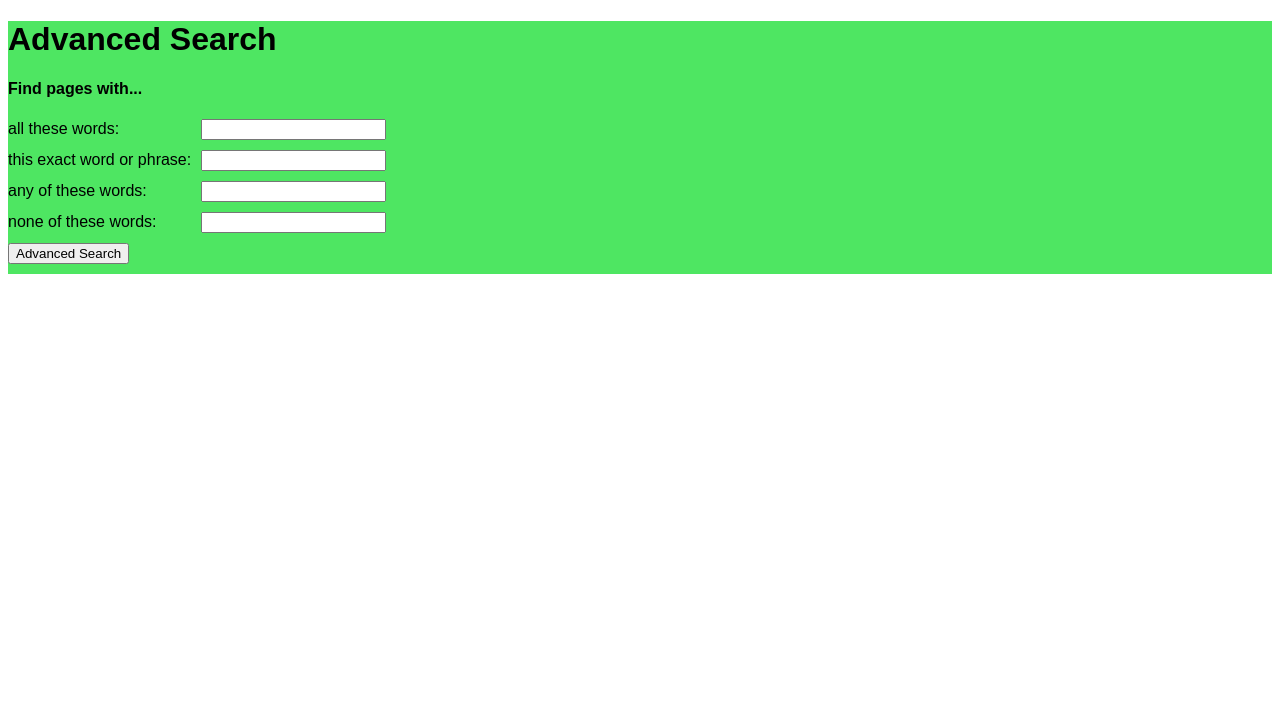
Repository: etentuk/search
Page: advanced_search.html
The author's editor kept a copy of each file at every save. The page is drawn from the files as they stood at one save, then again after a run of saves.
The browser window is 1280 px wide. The pictures show the whole page.

Above is the page before, as saved 2021-11-04 23:02:33.

After the next 2 saves:
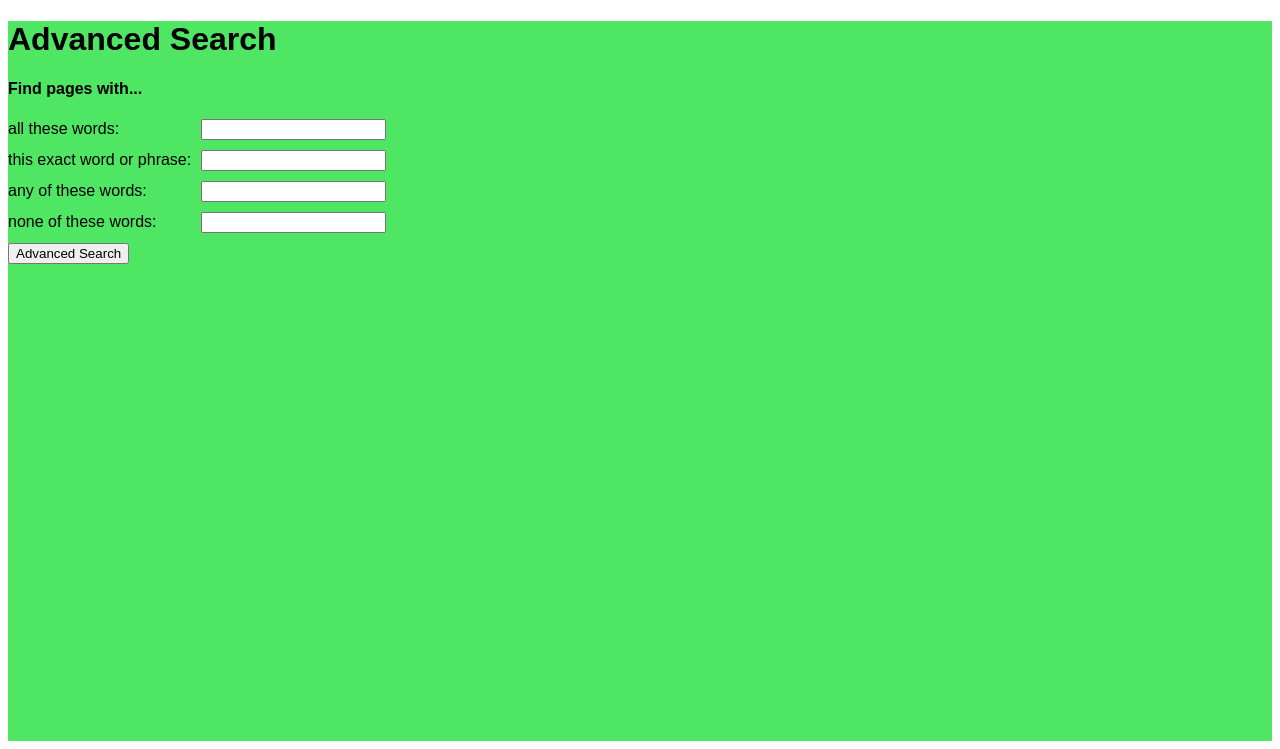
The 2 saves are shown as one change because they came seconds apart.
The last was saved 55 s later.
--- a/styles.css
+++ b/styles.css
@@ -23,6 +23,6 @@ label {
 #container {
   font-family: Arial, Helvetica, sans-serif;
   background-color: rgb(78, 230, 98);
-  /* height: 100%; */
+  height: 100vh;
   /* padding: 60px; */
 }
